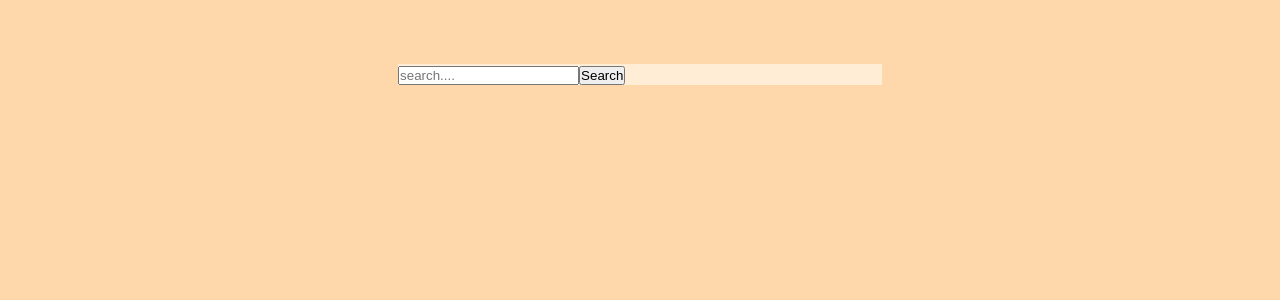
Repository: sandipkarmokar/recipeApp
Page: /
These files come from the project's save history. The page is drawn as it stood at one moment and after the next save; the edit follows.
The browser window is 1280 px wide. The pictures show the whole page.
The project was rebuilt for these pictures with package versions that can differ from the ones it lists, and the page was loaded fresh each time.

Above is the page before, as saved 2022-04-15 16:44:23.

After the next save:
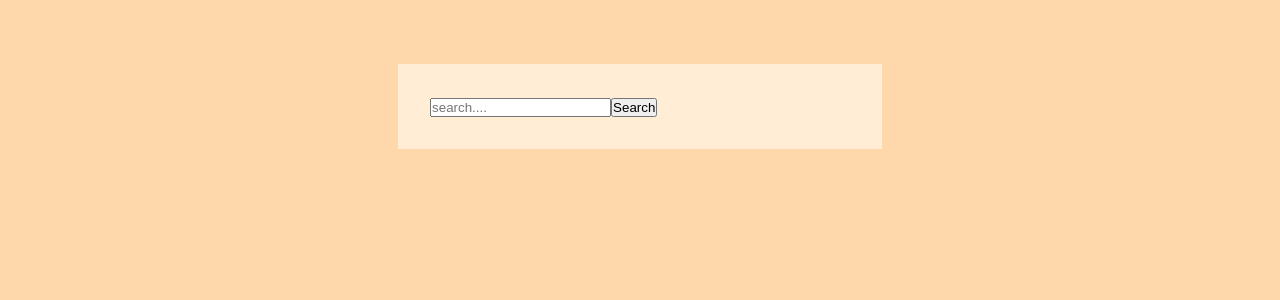
Saved 27 s later.
--- a/src/App.css
+++ b/src/App.css
@@ -21,3 +21,8 @@
     margin: 0 auto;
     background-color: #ffedd5;
 }
+.app .app-container .searchBar .searchBar-container {
+    padding: 2rem;
+    margin: 0 auto;
+    background-color: #ffedd5;
+}
